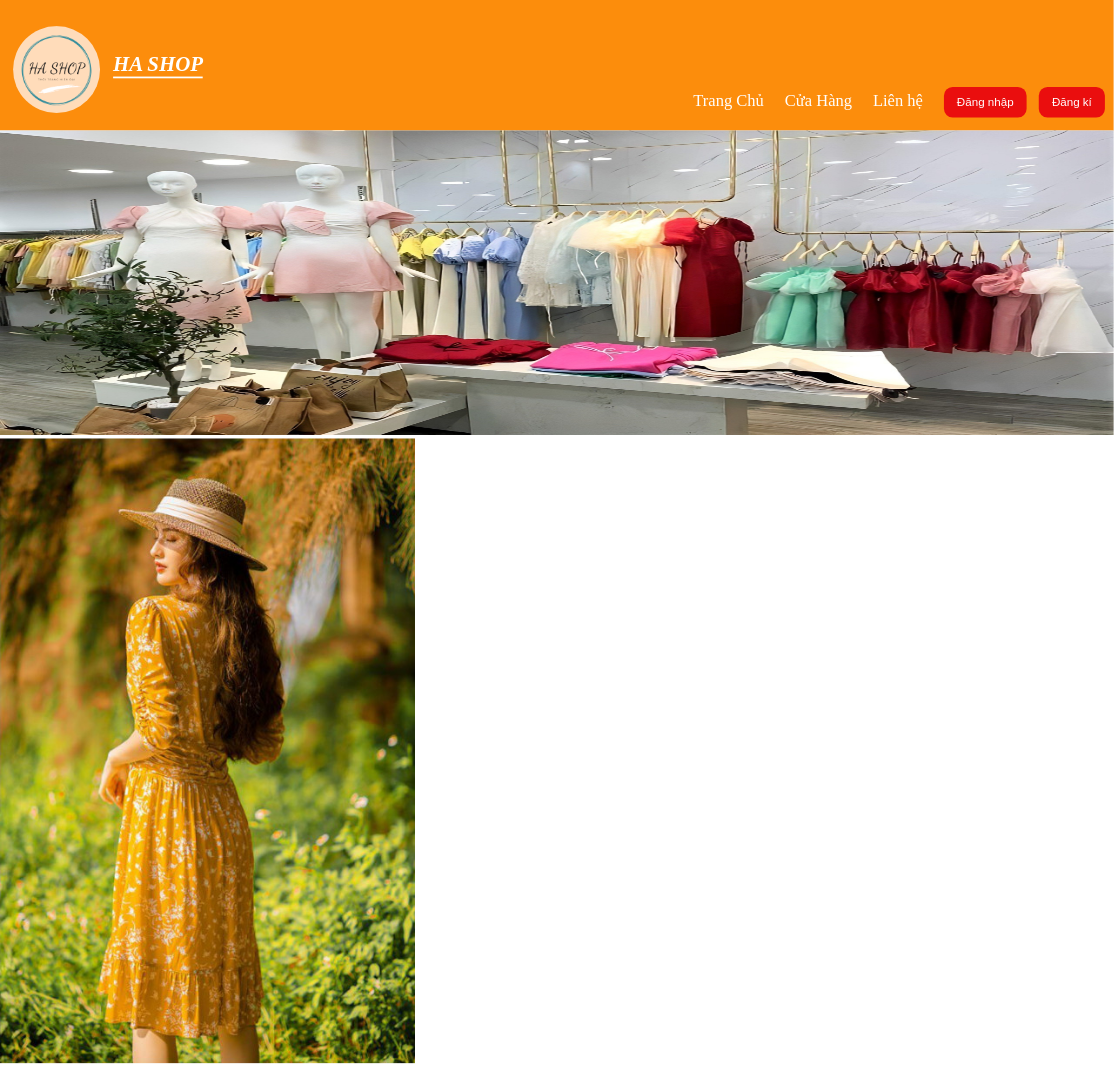
Repository: manhhieu120499/demo_page
Page: trangchu.html
These files come from the project's save history. The page is drawn as it stood at one moment and after a run of saves; the edit follows.
The browser window is 1280 px wide. The pictures show the whole page, at 87% of full size.

Above is the page before, as saved 2023-02-16 16:49:50.

### trangchu.html
<!DOCTYPE html>
<html lang="en">

<head>
    <meta charset="UTF-8" />
    <meta http-equiv="X-UA-Compatible" content="IE=edge" />
    <meta name="viewport" content="width=device-width, initial-scale=1.0" />
    <title>Document</title>
    <link rel="stylesheet" href="./style_trangchu.css">
</head>

<body>
    <div class="wrap">
        <div class="header">
            <div class="left-header">
                <img src="./Thời trang hiện dại.png" alt="logo_shop" class="picture"/>
                <h2 class="shop_name">HA SHOP</h2>
            </div>

            <div class="right-header">
                <a href="#">Trang Chủ</a>
                <a href="#">Cửa Hàng</a>
                <a href="#">Liên hệ</a>

                <button>Đăng nhập</button>
                <button>Đăng kí</button>
            </div>
        </div>

        <div class="slide">
            <img src="./slide.jpg" alt="">
        </div>

        <div class="album">
            <div class="album_items">
                <div class="album_items_left">
                     <img src="./10.jpg" alt="picture-it" class="picture_album">
                </div>

                <div class="album_items_right">

                </div>
            </div>

            <div class="album-items">

            </div>
        </div>
    </div>
</body>

</html>

### style_trangchu.css
* {
    box-sizing: border-box;
    margin: 0;
}

body {
    width: 100vw;
    height: 100vh;
}

.header {
    width: 100%;
    height: 150px;
    background-color: #FC8D0C;
    display: flex;
    justify-content: space-between;
}

.left-header {
    display: flex;
    align-items: center;
}

.left-header h2 {
    color: white;
    border-bottom: 2px solid white;
    font-style: italic;
}

.left-header .picture {
    width: 100px;
    border-radius: 50%;
    margin-top: 10px;
    margin-left: 15px;
    margin-right: 15px;
}

.right-header {
    margin-top: 100px;
}

.right-header a {
    text-decoration: none;
    color: white;
    font-size: 19px;
    padding-right: 20px;
}

.right-header button {
    background-color: #EA0E0E;
    padding: 10px 15px;
    border-radius: 10px;
    border: none;
    margin-right: 10px;
    color: white;
}

/*Silde*/
.slide img {
    width: 100vw;
    height: 350px;
}

.album_items {
    width: calc(100%-32px);
    background-color: #FE;
}

After the next 2 saves:
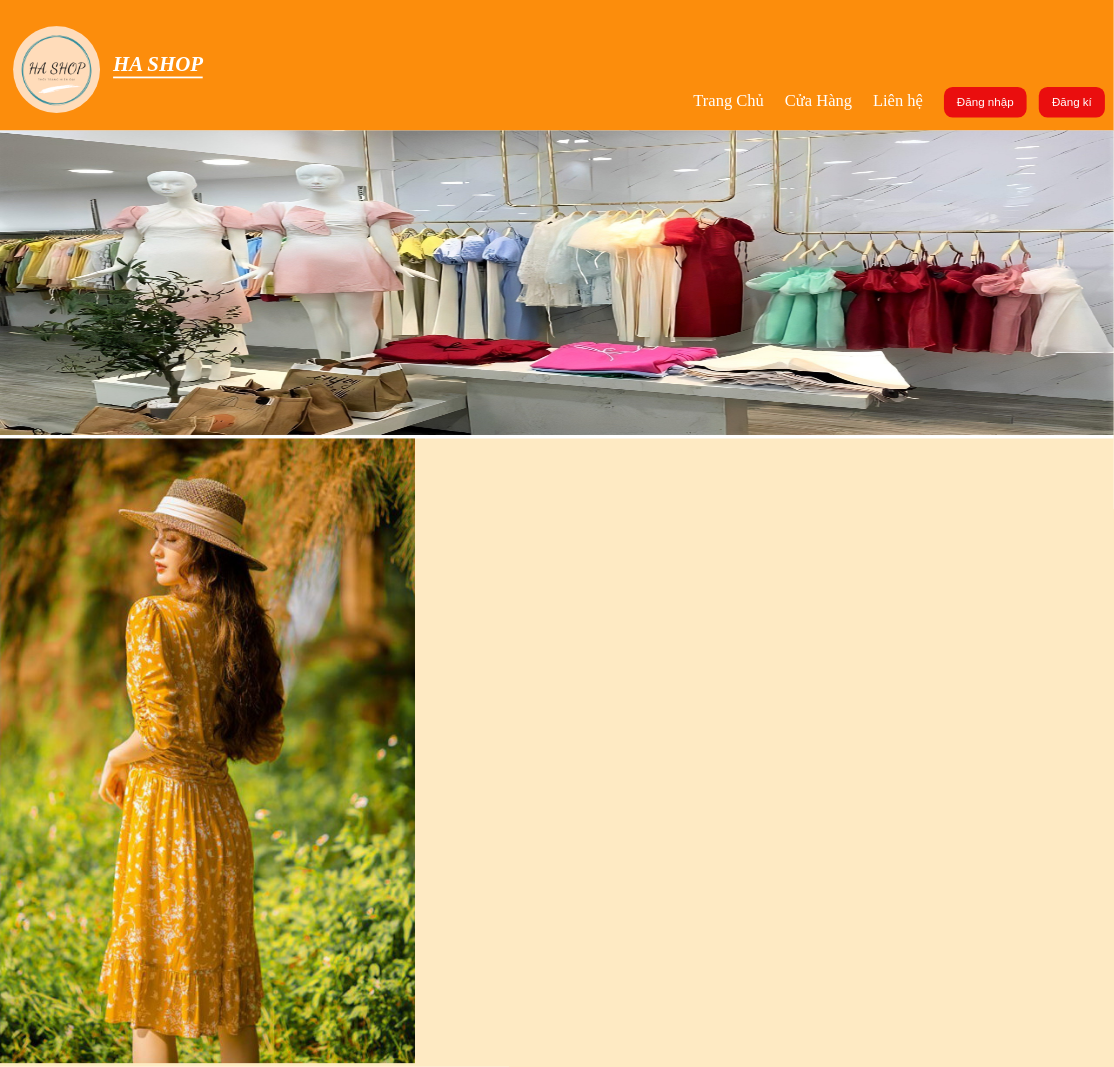
The 2 saves are shown as one change because they came seconds apart.
The last was saved 6 s later.
--- a/style_trangchu.css
+++ b/style_trangchu.css
@@ -63,5 +63,5 @@
 
 .album_items {
     width: calc(100%-32px);
-    background-color: #FE;
+    background-color: #FEEAC3;
 }
